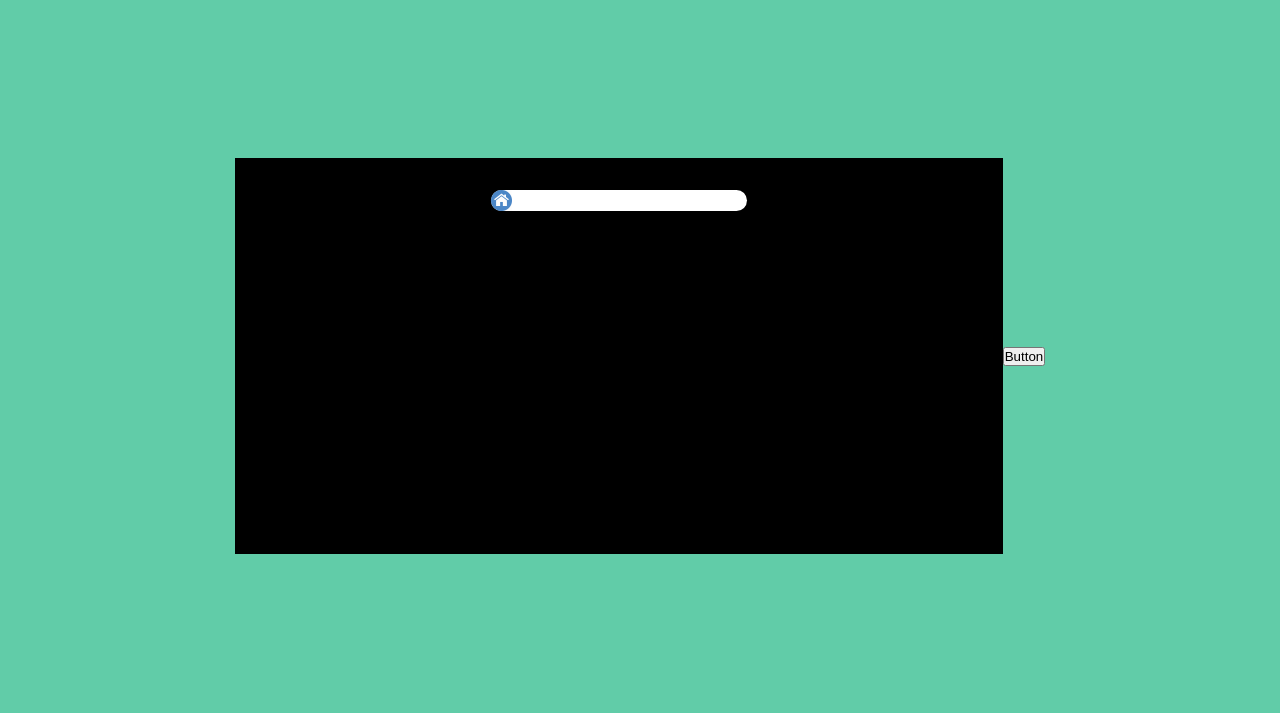
Repository: gitveerak/git-message-chat
Page: demo/demo1.html
The author's editor kept a copy of each file at every save. The page is drawn from the files as they stood at one save, then again after the next save.
The browser window is 1280 px wide. The pictures show the whole page.

Above is the page before, as saved 2025-04-20 18:12:03.

### demo/demo1.html
<!DOCTYPE html>
<html lang="en">
<head>
    <meta charset="UTF-8">
    <meta name="viewport" content="width=device-width, initial-scale=1.0">
    <title>Demo Page</title>
    <style>
        *{
            padding: 0;
            margin: 0;
            box-sizing: border-box;
        }
        .wrap{
            height: 99vh;
            width: 100vw;
            background-color: rgb(97, 204, 168);
            display: flex;
            justify-content: center;
            align-items: center;
        }
        .wrap_inner{
            background-color: black;
            width: 60vw;
            height: 55vh;
            position: relative;
        }
        .icon_bar{
            position: absolute;
            top: 2em;
            left: 50%;
            transform: translateX(-50%);
            width: 20vw;
            border-radius: 5em;
            background-color: white;
        }
        .img_icon{
            vertical-align: bottom;
        }
    </style>
</head>
<body>
    <div class="wrap">
        <div class="wrap_inner">
            <div class="icon_bar">
                <img class="img_icon" src="home.png" alt="home_png">
            </div>
        </div>
        <button type="button" onclick="btn()">Button</button>
    </div>
    <script>
        // const icon = document.querySelector('.icon');
        // function btn() {
        //     icon.style.display='block';
        //     setTimeout(() => {
        //     icon.style.display='none';
        //     }, 6000);
        // }
    </script>
</body>
</html>

After the next save:
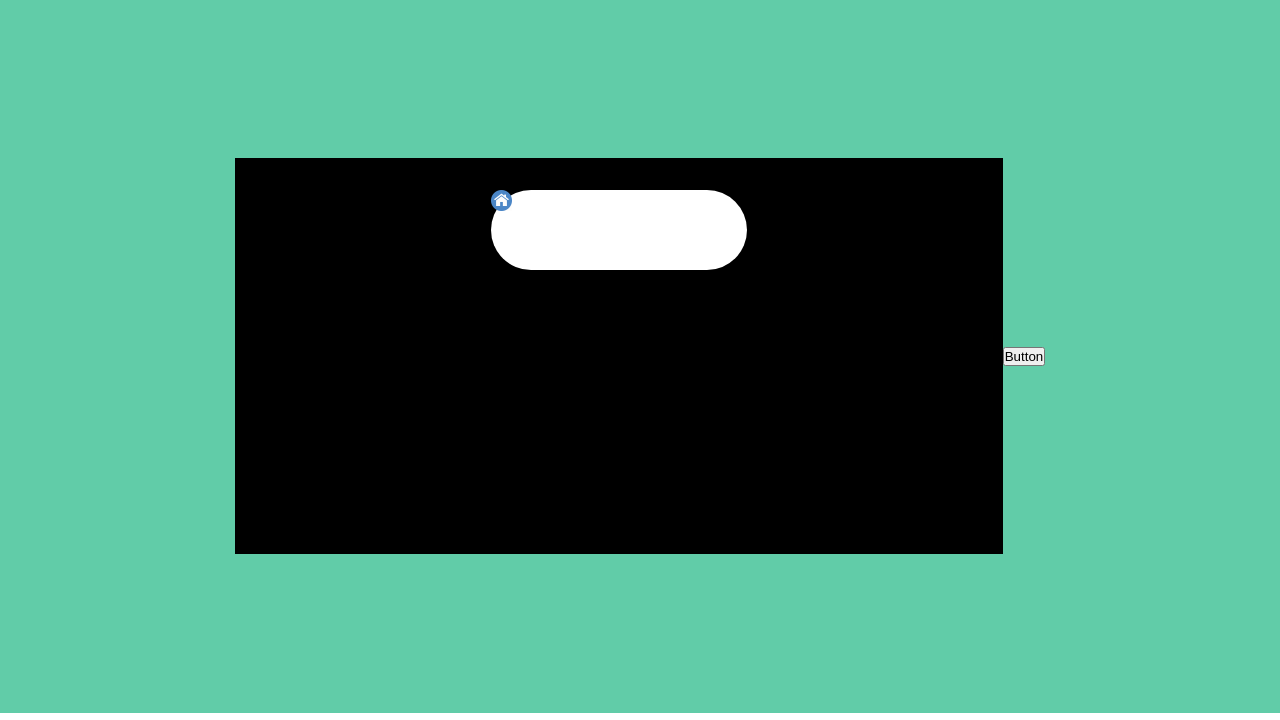
Saved 14 s later.
--- a/demo/demo1.html
+++ b/demo/demo1.html
@@ -31,6 +31,7 @@
             transform: translateX(-50%);
             width: 20vw;
             border-radius: 5em;
+            height: 5em;
             background-color: white;
         }
         .img_icon{

After the 2 saves that followed:
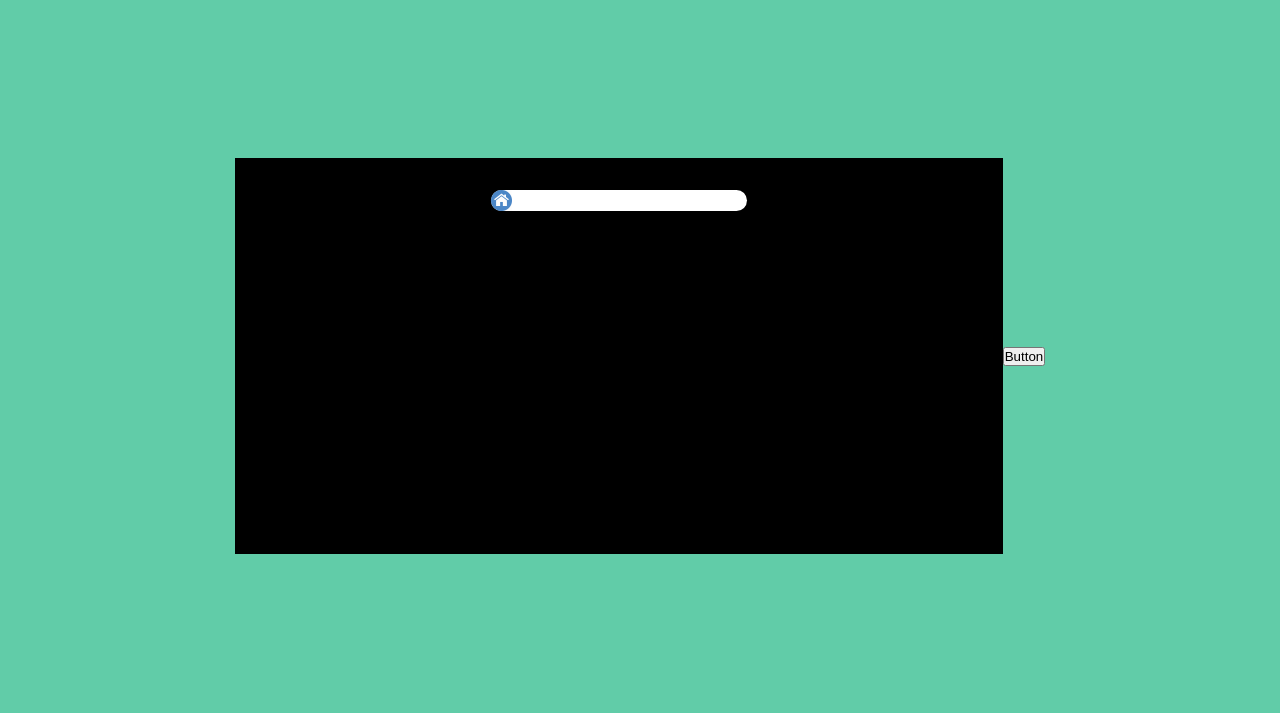
The 2 saves are shown as one change because 1 left the picture as it was.
The last was saved 19 s later.
--- a/demo/demo1.html
+++ b/demo/demo1.html
@@ -31,7 +31,6 @@
             transform: translateX(-50%);
             width: 20vw;
             border-radius: 5em;
-            height: 5em;
             background-color: white;
         }
         .img_icon{
